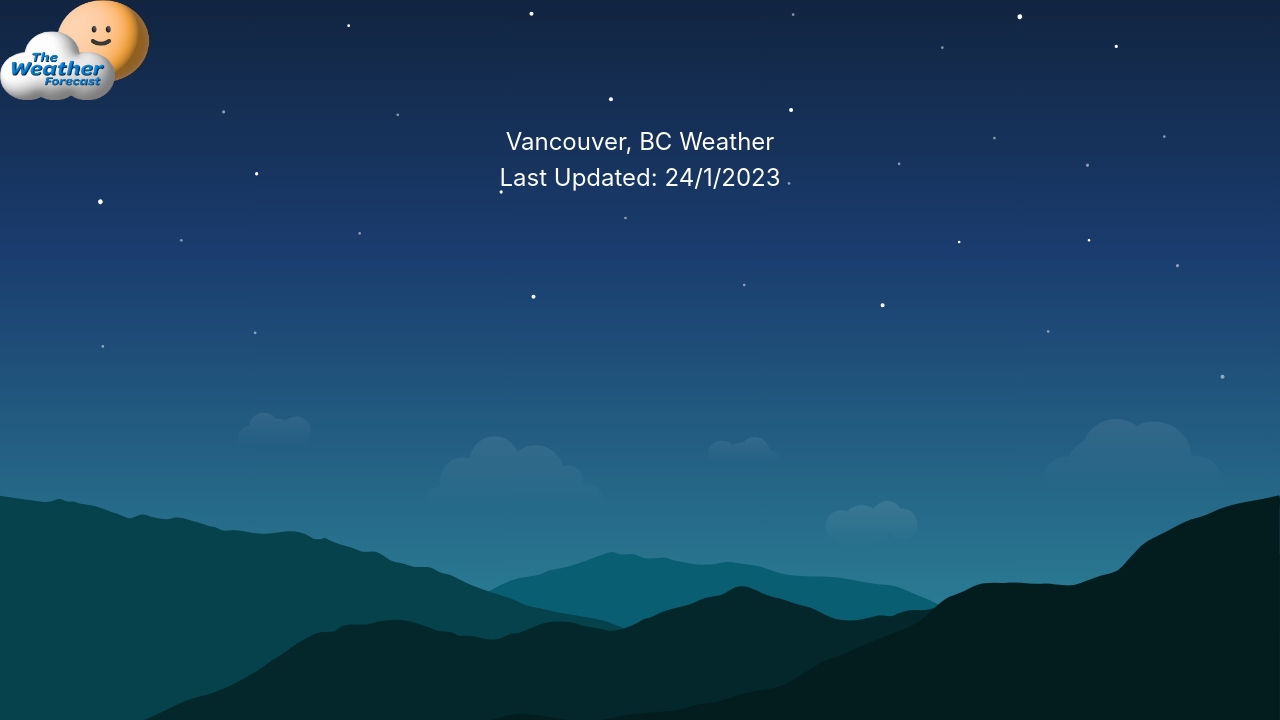
Repository: marianfran/weather-api-version2
Page: /
An editor plug-in stored every save of this project. The page is shown before and after the next save, followed by the edit.
The browser window is 1280 px wide. The pictures show the whole page.
Backgrounds fixed to the window are drawn as part of the page. The project was rebuilt for these pictures with package versions that can differ from the ones it lists, and the page was loaded fresh each time. The framework's server and built-in components were replaced by stand-ins that run in the browser. Also part of the build but not shown: next.config.js.

Above is the page before, as saved 2023-02-22 18:33:49.

After the next save:
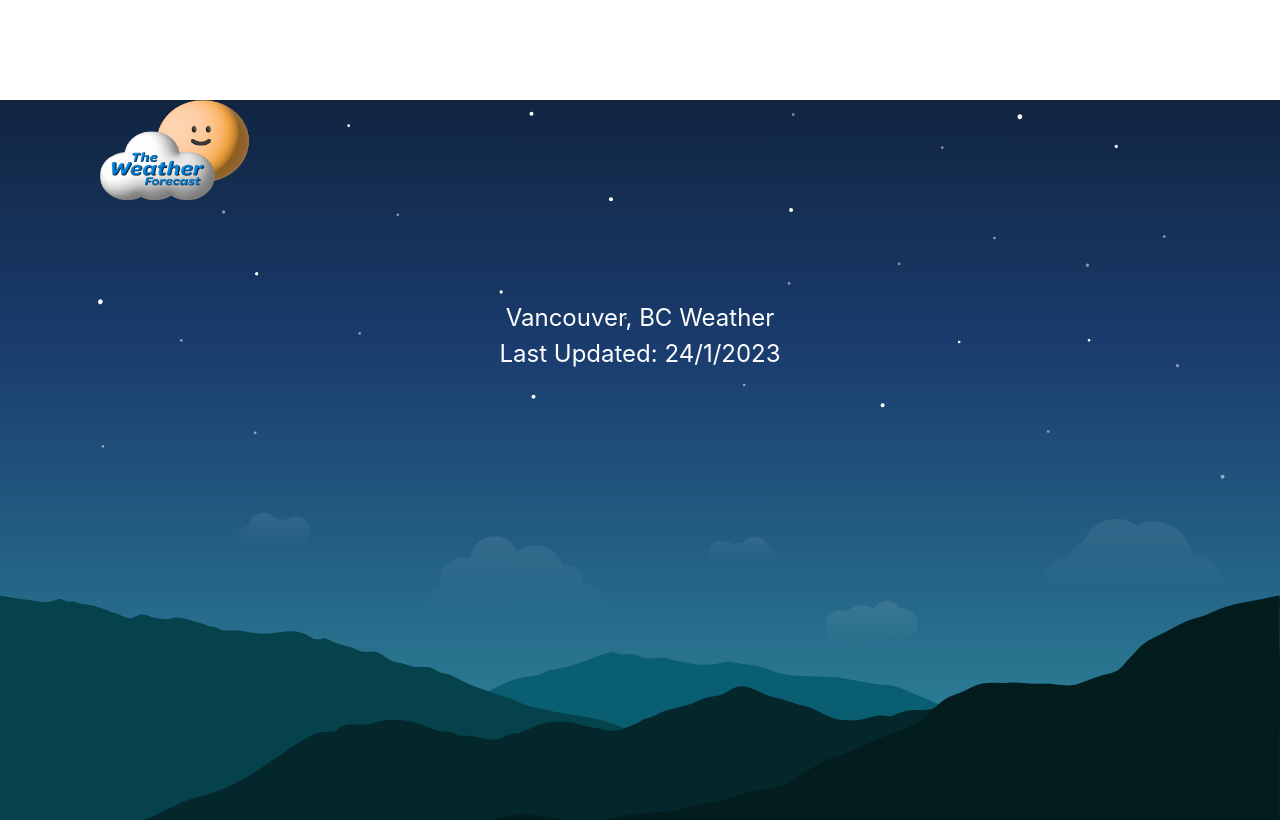
Saved 4 s later.
--- a/styles/Home.module.css
+++ b/styles/Home.module.css
@@ -12,7 +12,7 @@
   display: flex;
   align-items: center;
   justify-content: center;
-  margin: 0;
+  margin: 100px;
   padding: 0;
 }
 

After the save that followed:
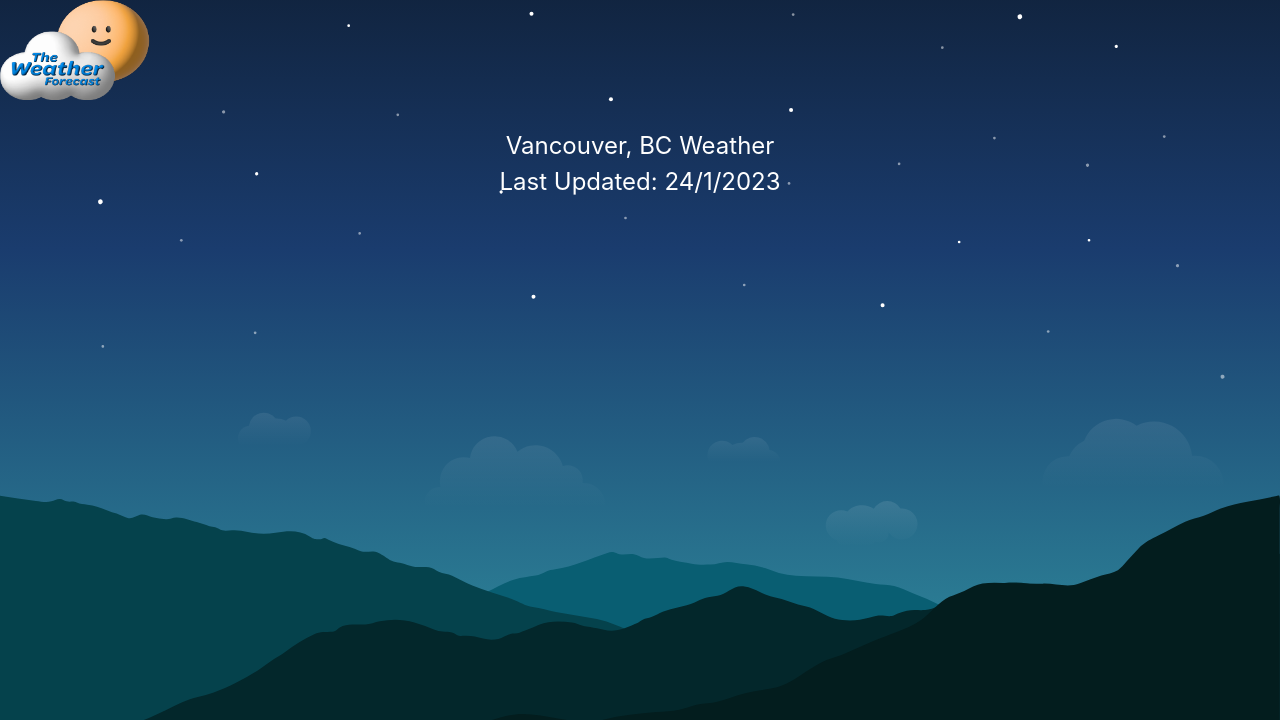
Saved 11 s later.
--- a/styles/Home.module.css
+++ b/styles/Home.module.css
@@ -8,11 +8,11 @@
   margin: 0;
 }
 
-.logoimage {
+.logo {
   display: flex;
   align-items: center;
   justify-content: center;
-  margin: 100px;
+  margin: 0;
   padding: 0;
 }
 
